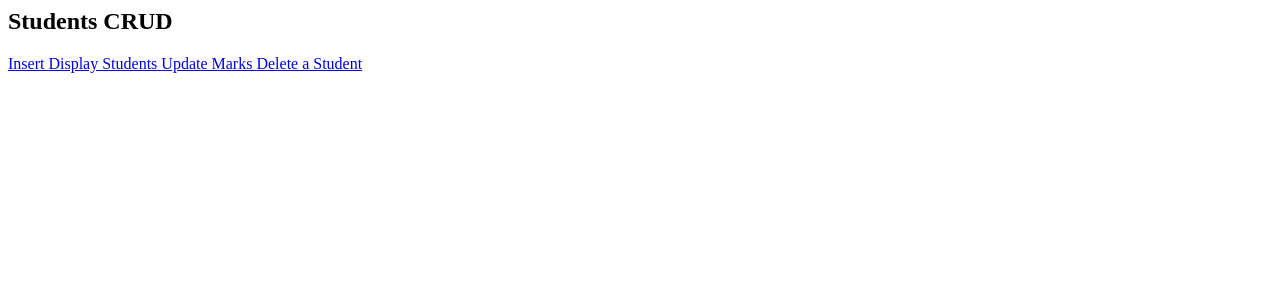
Repository: GOUTHAMREDDY1198/DBS_SPRING
Page: http://localhost/MvcAss5/
The author's editor kept a copy of each file at every save. The page is drawn from the files as they stood at one save, then again after the next save.
The browser window is 1280 px wide. The pictures show the whole page.
The page is served by Tomcat 9. Other server files are loaded and not shown.

Above is the page before, as saved 2020-11-12 11:41:18.

### MvcAss5/WebContent/index.jsp

<h2>Students CRUD</h2>

<a href="insert" > Insert </a>

<a href="display"> Display Students </a>

<a href="update" >Update Marks </a>


<a href="delete" >Delete a Student  </a>

After the next save:
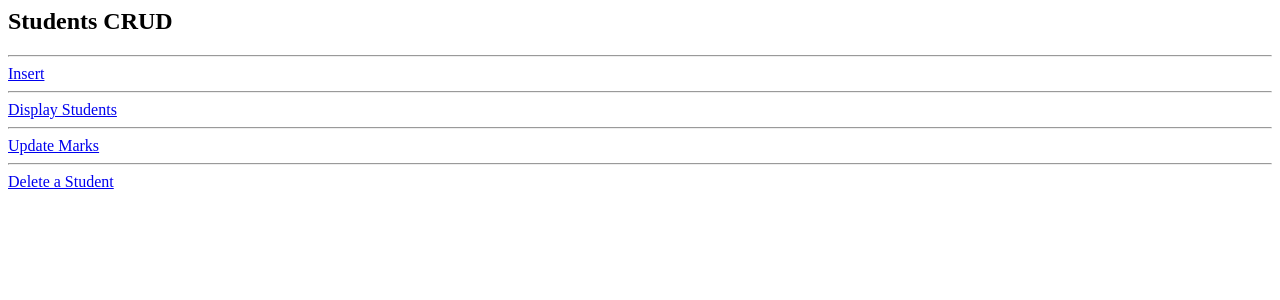
Saved 108 s later.
--- a/MvcAss5/WebContent/index.jsp
+++ b/MvcAss5/WebContent/index.jsp
@@ -1,11 +1,10 @@
 
 <h2>Students CRUD</h2>
-
+<hr>
 <a href="insert" > Insert </a>
-
+<hr>
 <a href="display"> Display Students </a>
-
+<hr>
 <a href="update" >Update Marks </a>
-
-
+<hr>
 <a href="delete" >Delete a Student  </a>
